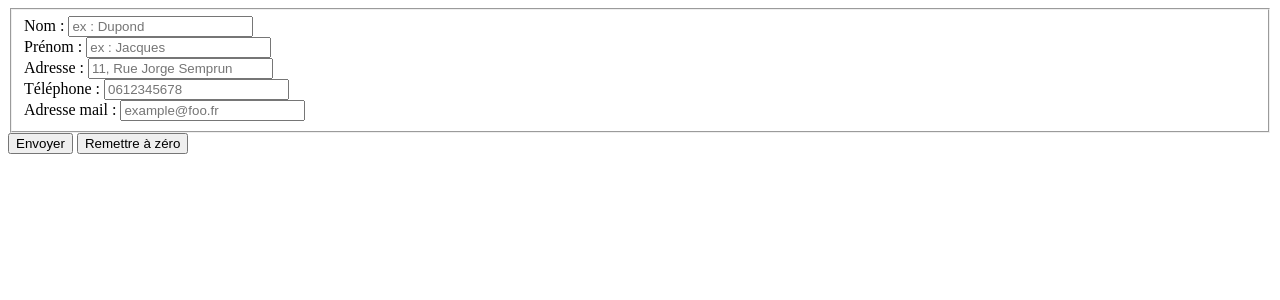
Repository: big73/NFE114
Page: http://localhost/Seance4-step1/formClient.jsp
An editor plug-in stored every save of this project. The page is shown before and after the next save, followed by the edit.
The browser window is 1280 px wide. The pictures show the whole page.
The page is served by Tomcat 9.

Above is the page before, as saved 2015-12-30 11:40:08.

After the next save:
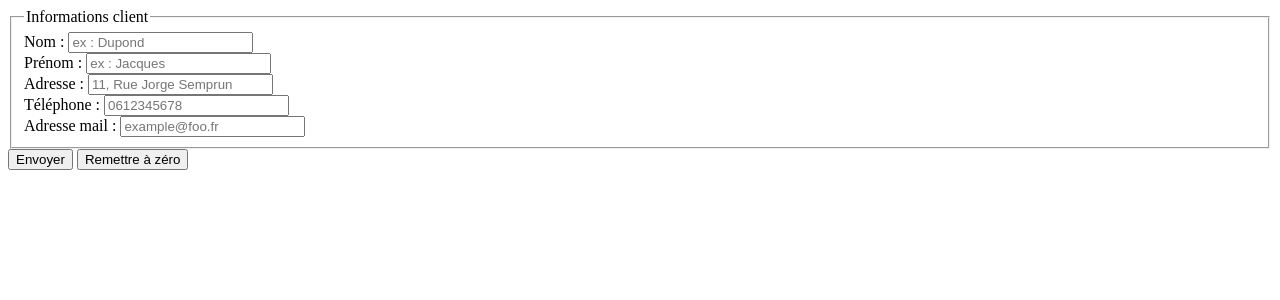
Saved 102 s later.
--- a/Seance4-step1/WebContent/formClient.jsp
+++ b/Seance4-step1/WebContent/formClient.jsp
@@ -10,6 +10,8 @@
 
 	<form>
 		<fieldset>
+		<legend>Informations client</legend>
+
 			<label>Nom : </label>
 			<input type="text" placeholder="ex : Dupond" name="nom"><br>
 
